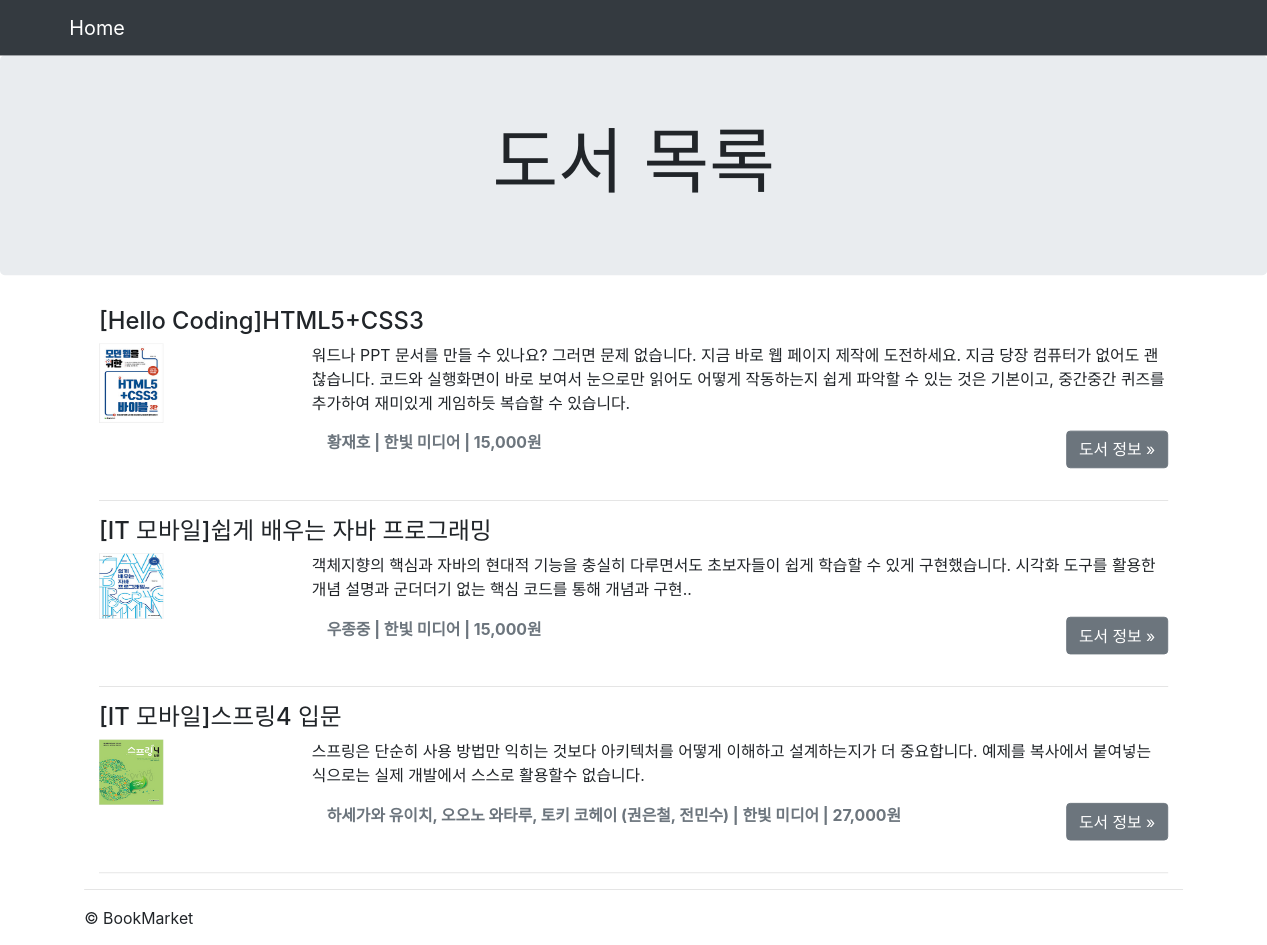
Repository: freedomseok8047/jsp
Page: http://localhost/BookMarket/books.jsp
The author's editor kept a copy of each file at every save. The page is drawn from the files as they stood at one save, then again after the next save.
The browser window is 1280 px wide. The pictures show the whole page, at 99% of full size.
The page is served by Tomcat 9.

Above is the page before, as saved 2023-08-25 05:46:39.

### BookMarket/src/main/webapp/books.jsp
<%@ page language="java" contentType="text/html; charset=UTF-8"
	pageEncoding="UTF-8"%>
<%@ page import="java.util.ArrayList, java.text.NumberFormat"%>
<%@ page import="dto.Book"%>
<jsp:useBean id="bookDAO" class="dao.BookRepository" scope="session" />
<!DOCTYPE html>
<html>
<head>
<meta charset="UTF-8">
<link rel="stylesheet" href="./resources/css/bootstrap.min.css" />
<title>도서 목록</title>
</head>
<body>
	<jsp:include page="menu.jsp" />
	<div class="jumbotron">
		<div class="container">
			<h1 class="display-3" align="center">도서 목록</h1>
		</div>
	</div>
	<%
	ArrayList<Book> listOfBooks = bookDAO.getAllBooks();
	NumberFormat format = java.text.NumberFormat.getNumberInstance(java.util.Locale.US);
	format.setGroupingUsed(true);
	%>

	<div class="container">
		<div class="col" align="left">
			<%
			for (int i = 0; i < listOfBooks.size(); i++) {
				Book book = listOfBooks.get(i);
			%>
			<div class="row-xl-4">

				<h4>
					[<%=book.getCategory()%>]<%=book.getName()%>
				</h4>
				<div class="row">
					<div class="col col-lg-2">
						<img src="resources/images/<%=book.getFilename()%>"
							alt=<%=book.getName()%> width="42%" height="56%">
					</div>
					<div class="col-md-auto"></div>
					<div class="col">
						<p><%=book.getDescription()%>
						<div class="container">
							<div class="row">
								<p class="col font-weight-bold text-secondary"><%=book.getAuthor()%>
									|
									<%=book.getPublisher()%>
									|
									<%=format.format(book.getUnitPrice())%>원
								<p>
									<a href="./book.jsp?id=<%=book.getBookId()%>"
										class="btn btn-secondary" role="button">도서 정보 &raquo;</a>
							</div>
						</div>
					</div>
				</div>
			</div>
			<hr>
			<%
			}
			%>
		</div>
		<hr>
	</div>
	<jsp:include page="footer.jsp" />


</body>
</html>

### BookMarket/src/main/webapp/menu.jsp
<nav class="navbar navbar-expand navbar-dark bg-dark">
		<div class="container">
			<div class=" navbar-header">
				<a class="navbar-brand" href=" ./welcome.jsp">Home</a>
			</div>
		</div>
	</nav>

### BookMarket/src/main/webapp/footer.jsp
<footer class="container">
		<p>&copy; BookMarket</p>
	</footer>

### BookMarket/src/main/java/dao/BookRepository.java
package dao;

import java.util.ArrayList;

import dto.Book;
import dto.Book;

public class BookRepository {

	private ArrayList<Book> listOfBooks = new ArrayList<Book>();

	public BookRepository() {
		Book book1 =new Book("B1234","HTML5+CSS3",15000);
		book1.setDescription("워드나 PPT 문서를 만들 수 있나요? 그러면 문제 없습니다. 지금 바로 웹 페이지 제작에 도전하세요. 지금 당장 컴퓨터가 없어도 괜찮습니다. 코드와 실행화면이 바로 보여서 눈으로만 읽어도 어떻게 작동하는지 쉽게 파악할 수 있는 것은 기본이고, 중간중간 퀴즈를 추가하여 재미있게 게임하듯 복습할 수 있습니다. ");
		book1.setAuthor("황재호");
		book1.setPublisher("한빛 미디어");
		book1.setCategory("Hello Coding");
		book1.setUnitsInStock(1000);
		book1.setTotalPages(700);
		book1.setReleaseDate("8월/22년");
		book1.setCondition("New");
		book1.setFilename("P1234.jpg");


		Book book2 =new Book("B1235","쉽게 배우는 자바 프로그래밍",15000);
		book2.setDescription("객체지향의 핵심과 자바의 현대적 기능을 충실히 다루면서도 초보자들이 쉽게 학습할 수 있게 구현했습니다. 시각화 도구를 활용한 개념 설명과 군더더기 없는 핵심 코드를 통해 개념과 구현..");
		book2.setAuthor("우종중");
		book2.setPublisher("한빛 미디어");
		book2.setCategory("IT 모바일");
		book2.setUnitsInStock(1000);
		book2.setTotalPages(700);
		book2.setReleaseDate("8월/22년");
		book2.setCondition("New");
		book2.setFilename("P1235.jpg");

		Book book3 =new Book("B1236","스프링4 입문",27000);
		book3.setDescription("스프링은 단순히 사용 방법만 익히는 것보다 아키텍처를 어떻게 이해하고 설계하는지가 더 중요합니다. 예제를 복사에서 붙여넣는 식으로는 실제 개발에서 스스로 활용할수 없습니다.");
		book3.setAuthor("하세가와 유이치, 오오노 와타루, 토키 코헤이 (권은철, 전민수)");
		book3.setPublisher("한빛 미디어");
		book3.setCategory("IT 모바일");
		book3.setUnitsInStock(1000);
		book3.setTotalPages(700);
		book3.setReleaseDate("8월/22년");
		book3.setCondition("New");
		book3.setFilename("P1236.jpg");

		listOfBooks.add(book1);
		listOfBooks.add(book2);
		listOfBooks.add(book3);
	}
		public ArrayList<Book> getAllBooks() {
			return listOfBooks;
	}
		public Book getBookById(String bookId) {
			Book bookById = null;
			for(int i =0; i < listOfBooks.size(); i++ ) {
				Book book = listOfBooks.get(i);
				if(book != null && book.getBookId() != null && book.getBookId().equals(bookId)) {
					bookById = book;
					break;
				}
			}
			return bookById;
		}
}

### BookMarket/src/main/java/dto/Book.java
package dto;

import java.io.Serializable;

public class Book implements Serializable {

	private static final long serialVersionUID = -4274700572038677000L;

	private String bookId;
	private String name;
	private Integer unitPrice;
	private String author;
	private String description;
	private String publisher;
	private String category;
	private long unitsInStock;
	private long totalPages;
	private String releaseDate;
	private String condition;
	private String filename;

	public String getFilename() {
		return filename;
	}

	public void setFilename(String filename) {
		this.filename = filename;
	}

	public Book() {
		super();
	}

	public Book(String bookId, String name, Integer unitPrice) {
		this.bookId = bookId;
		this.name = name;
		this.unitPrice = unitPrice;
	}


	public String getBookId() {
		return bookId;
	}
	public void setBookId(String bookId) {
		this.bookId = bookId;
	}
	public String getName() {
		return name;
	}
	public void setName(String name) {
		this.name = name;
	}
	public Integer getUnitPrice() {
		return unitPrice;
	}
	public void setUnitPrice(Integer unitPrice) {
		this.unitPrice = unitPrice;
	}
	public String getAuthor() {
		return author;
	}
	public void setAuthor(String author) {
		this.author = author;
	}
	public String getDescription() {
		return description;
	}
	public void setDescription(String description) {
		this.description = description;
	}
	public String getPublisher() {
		return publisher;
	}
	public void setPublisher(String publisher) {
		this.publisher = publisher;
	}
	public String getCategory() {
		return category;
	}
	public void setCategory(String category) {
		this.category = category;
	}
	public long getUnitsInStock() {
		return unitsInStock;
	}
	public void setUnitsInStock(long unitsInStock) {
		this.unitsInStock = unitsInStock;
	}
	public long getTotalPages() {
		return totalPages;
	}
	public void setTotalPages(long totalPages) {
		this.totalPages = totalPages;
	}
	public String getReleaseDate() {
		return releaseDate;
	}
	public void setReleaseDate(String releaseDate) {
		this.releaseDate = releaseDate;
	}
	public String getCondition() {
		return condition;
	}
	public void setCondition(String condition) {
		this.condition = condition;
	}


}

Loaded but not shown: BookMarket/src/main/webapp/resources/css/bootstrap.min.css (library)

After the next save:
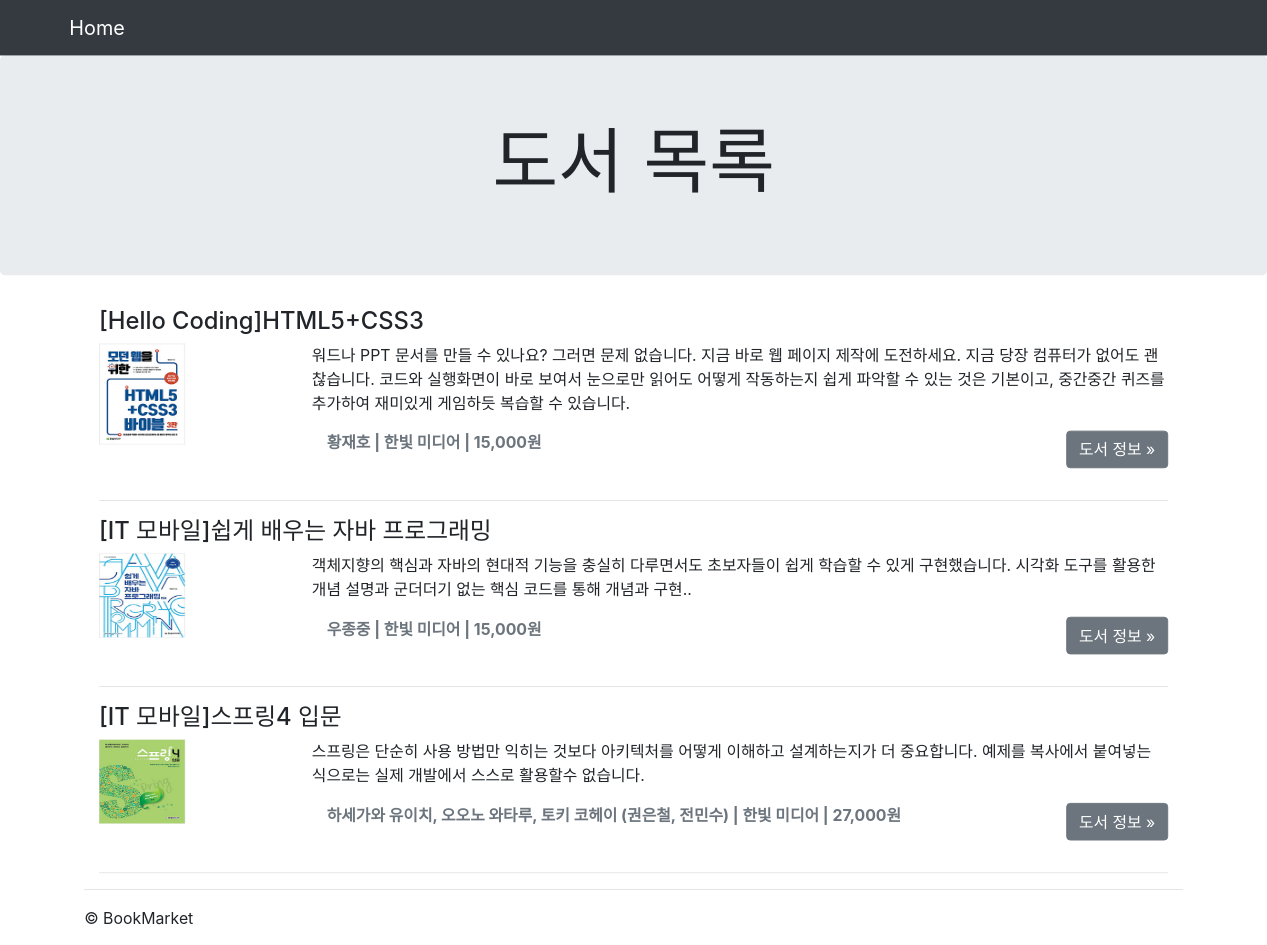
Saved 53 s later.
--- a/BookMarket/src/main/webapp/books.jsp
+++ b/BookMarket/src/main/webapp/books.jsp
@@ -37,7 +37,7 @@
 				<div class="row">
 					<div class="col col-lg-2">
 						<img src="resources/images/<%=book.getFilename()%>"
-							alt=<%=book.getName()%> width="42%" height="56%">
+							alt=<%=book.getName()%> width="56%" height="72%">
 					</div>
 					<div class="col-md-auto"></div>
 					<div class="col">
